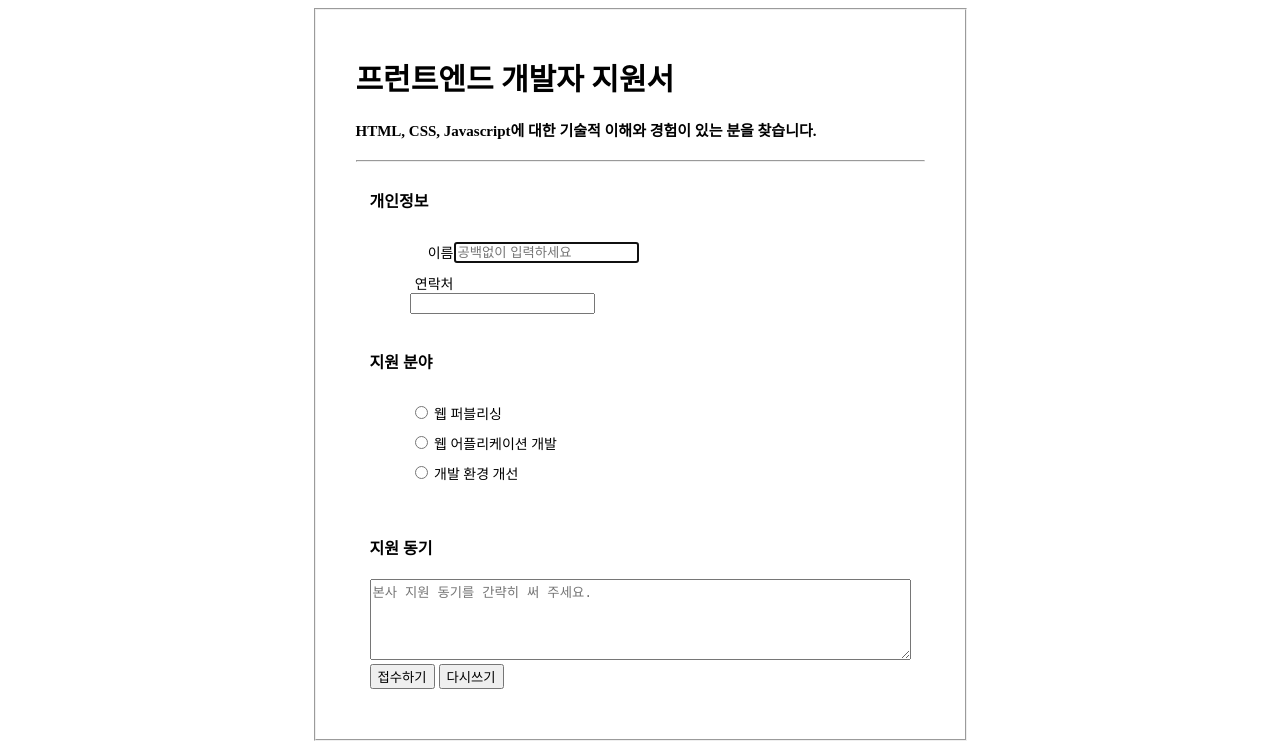
Repository: ygs3004/StudyHTML_CSS
Page: web project 01/src/main/webapp/chapter05/exam05_20.html
The author's editor kept a copy of each file at every save. The page is drawn from the files as they stood at one save, then again after a run of saves.
The browser window is 1280 px wide. The pictures show the whole page.

Above is the page before, as saved 2022-08-09 05:59:10.

### web project 01/src/main/webapp/chapter05/exam05_20.html
<!DOCTYPE html>
<html>
<head>
<meta charset="UTF-8">
<title>Insert title here</title>
<style type="text/css">
	li{
		list-style: none;
		margin:10px 0px ;
		font-size : 14px;
		font-weight : normal;
	}
	ul{
		margin-top : 30px;
	}
	.main{
		width:480px;
		margin : auto;
		padding-top: 25px;
		padding-left: 40px;
		padding-right: 40px;
		padding-bottom: 40px;
		font-size :15px;
	}

	.body{
		margin-top :20px;
		font-size : 16px;
		font-weight : bold;
		border:0 none;
		text-align : left;
	}

	textarea{
		margin-top : 20px;
	}

	.reg{
		float : left;
		text-align : right;
		width : 44px;
	}

</style>
</head>
<body>
<form action="">
<fieldset class = "main">
<h1>프런트엔드 개발자 지원서</h1>
<h4>HTML, CSS, Javascript에 대한 기술적 이해와 경험이 있는 분을 찾습니다.</h4>
<hr></hr>
	<fieldset class ="body">개인정보
		<ul>
			<li>
				<label class="reg" for="name">이름</label>
				<input type="text" id="name" placeholder="공백없이 입력하세요" autofocus>
			</li>
			<li>
				<label class="reg" for="phone">연락처
				<input type="tel" id="phone"> </label>
			</li>
		</ul>
	</fieldset>
	<fieldset class ="body">지원 분야
		<ul>
			<li>
			<input type="radio" id="publishing" ><label for = "publishing"> 웹 퍼블리싱</label>
			</li>
			<li><input type="radio" id="application" ><label for = "application"> 웹 어플리케이션 개발</label>
			</li>
			<li><input type="radio" id="improving" ><label for = "improving"> 개발 환경 개선</label>
			</li>
		</ul>
	</fieldset>
	<fieldset class ="body"> 지원 동기<br>
			<textarea rows="5" cols="65" name="motivation" placeholder="본사 지원 동기를 간략히 써 주세요."></textarea>
			<br>
			<input type="submit" value="접수하기">
			<input type="reset" value="다시쓰기">
	</fieldset>
</fieldset>
</form>
</body>
</html>

After the next 2 saves:
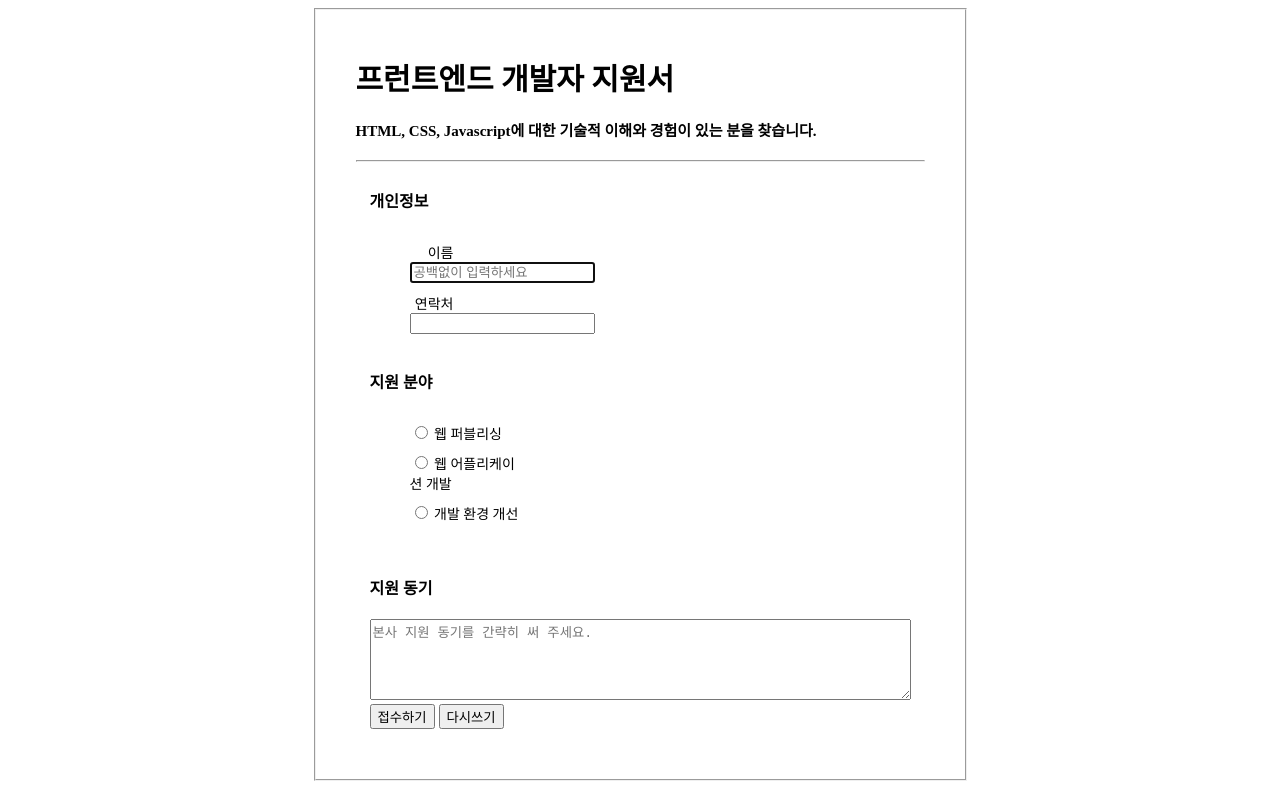
The 2 saves are shown as one change because they came seconds apart.
The last was saved 44 s later.
--- a/web project 01/src/main/webapp/chapter05/exam05_20.html
+++ b/web project 01/src/main/webapp/chapter05/exam05_20.html
@@ -29,6 +29,7 @@
 		font-weight : bold;
 		border:0 none;
 		text-align : left;
+		width : 150px;
 	}
 
 	textarea{

After the save that followed:
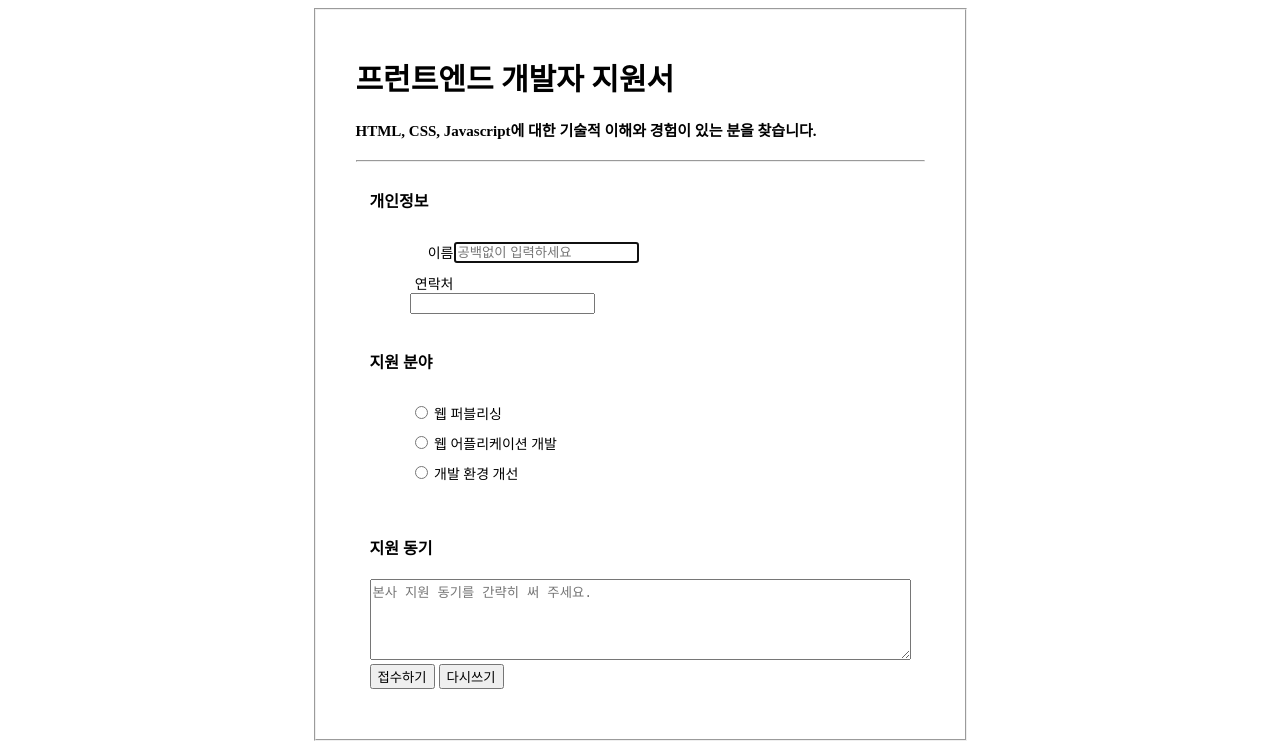
Saved 7 s later.
--- a/web project 01/src/main/webapp/chapter05/exam05_20.html
+++ b/web project 01/src/main/webapp/chapter05/exam05_20.html
@@ -29,7 +29,7 @@
 		font-weight : bold;
 		border:0 none;
 		text-align : left;
-		width : 150px;
+		width : 400px;
 	}
 
 	textarea{
